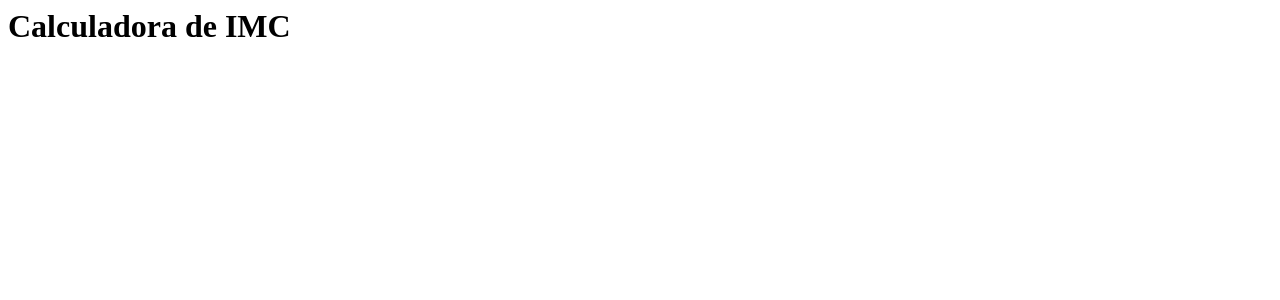
Repository: Patriciamativi/Projetos
Page: index.html
These files come from the project's save history. The page is drawn as it stood at one moment and after the next save; the edit follows.
The browser window is 1280 px wide. The pictures show the whole page.

Above is the page before, as saved 2022-11-17 20:18:40.

### index.html
<html>

    <head>
        <title>Calculadora de IMC</title>
        <meta charset="utf-8"/>
    </head>

    <body>
        <h1> Calculadora de IMC</h1>
    </body>

After the next save:
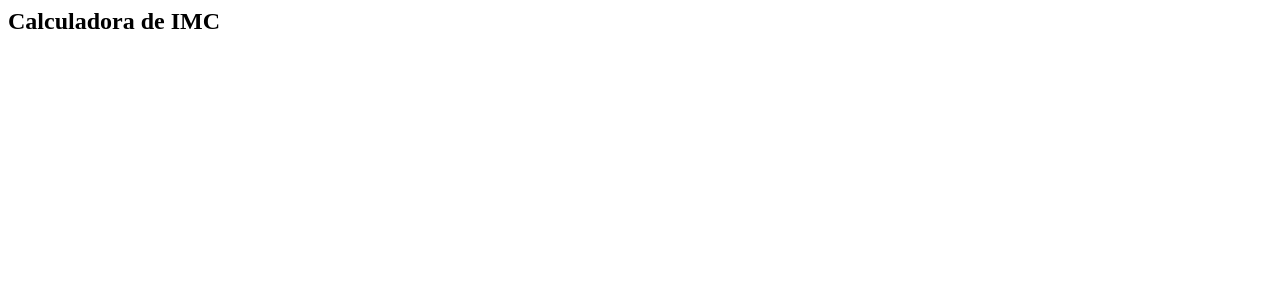
Saved 25 s later.
--- a/index.html
+++ b/index.html
@@ -6,5 +6,5 @@
     </head>
 
     <body>
-        <h1> Calculadora de IMC</h1>
+        <h2> Calculadora de IMC</h2>
     </body>
